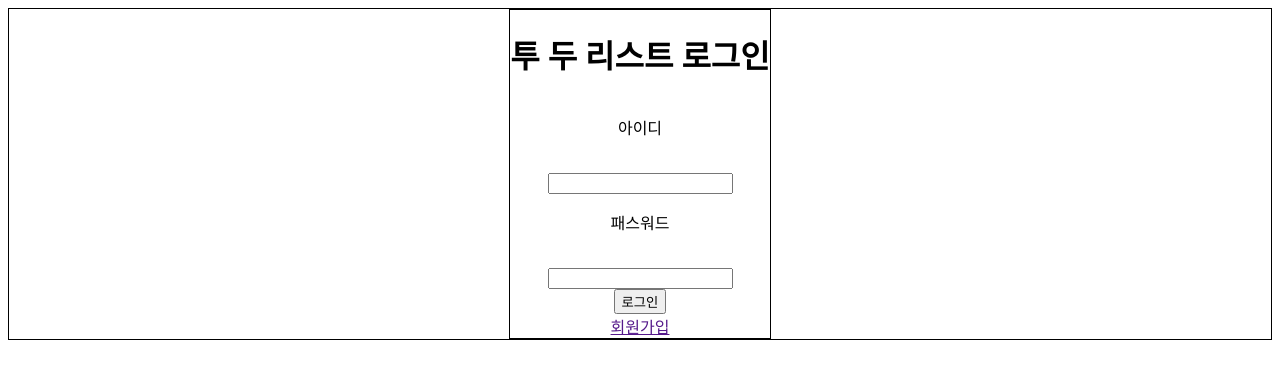
Repository: kdhleppa/server
Page: http://localhost/todoList/
These files come from the project's save history. The page is drawn as it stood at one moment and after the next save; the edit follows.
The browser window is 1280 px wide. The pictures show the whole page.
The page is served by Tomcat 9.

Above is the page before, as saved 2023-09-26 03:39:44.

After the next save:
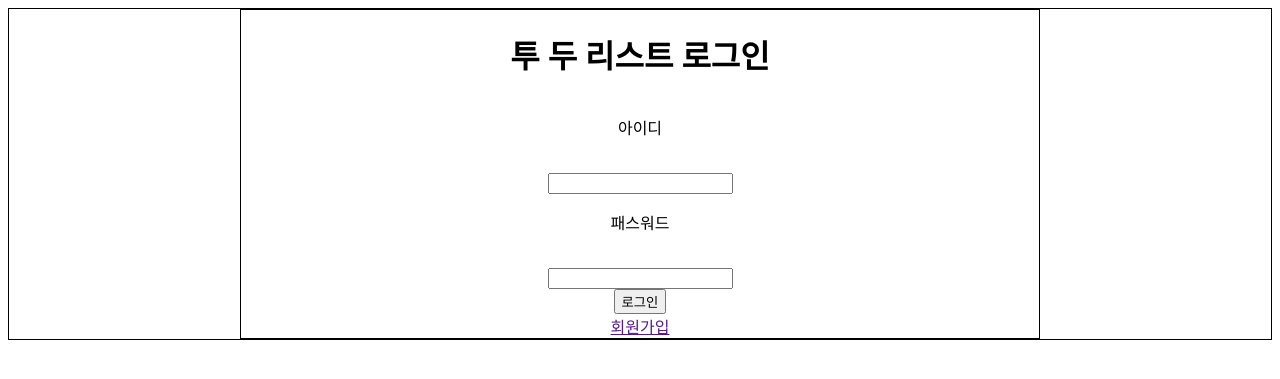
Saved 13 s later.
--- a/todoList/src/main/webapp/resources/css/main.css
+++ b/todoList/src/main/webapp/resources/css/main.css
@@ -27,4 +27,5 @@ form {
     justify-content: center;
     align-items: center;
     flex-direction: column;
+    width: 800px;
 }
